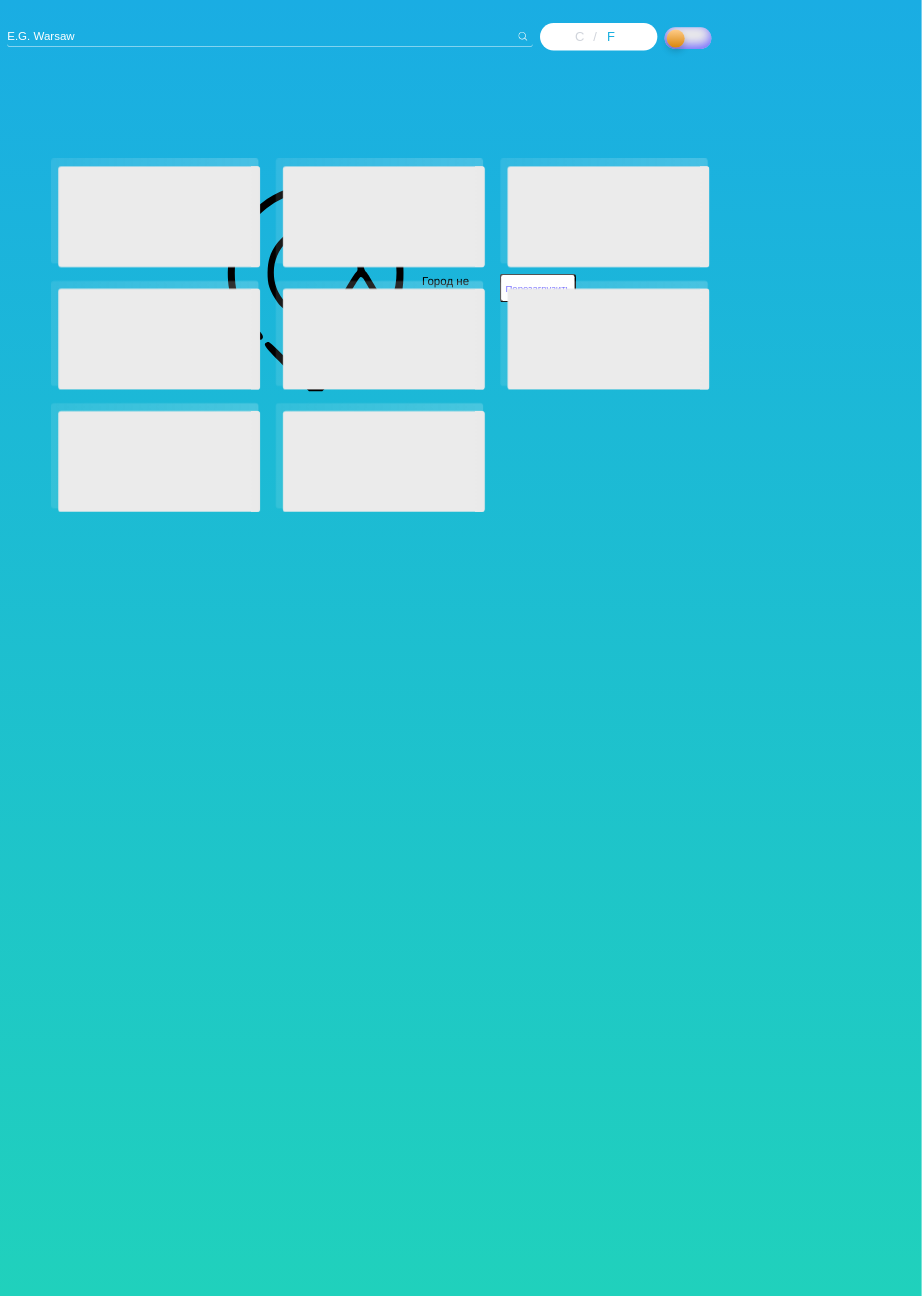
Repository: nikiforovki/WeatherApp
Page: /
The author's editor kept a copy of each file at every save. The page is drawn from the files as they stood at one save, then again after the next save.
The browser window is 1280 px wide. The pictures show the whole page, at 72% of full size.
The page's requests for data from a server got no answer. The project was rebuilt for these pictures with package versions that can differ from the ones it lists, and the page was loaded fresh each time. No one was signed in, and anything a server would have sent is missing. Also part of the build but not shown: webpack.config.ts, public/assets/images/FeatherSunrise.tsx.

Above is the page before, as saved 2024-07-13 15:54:13.

After the next save:
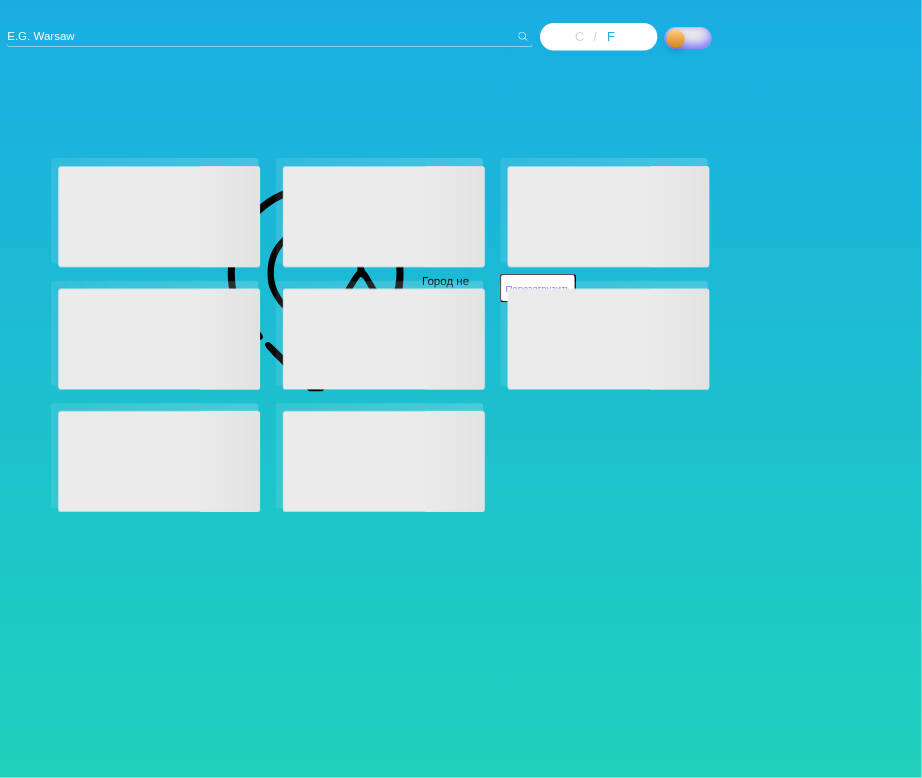
Saved 2 min 46 s later.
--- a/src/App.tsx
+++ b/src/App.tsx
@@ -8,7 +8,7 @@ import { WeatherHeader } from './components/WeatherHeader/WeatherHeader';
 
 const AppWrapper = styled.div`
   width: 100%;
-  min-height: 250vh;
+  min-height: 150vh;
   background: ${({ theme }) =>
     `linear-gradient(180deg, var(--${theme === 'light' ? 'primary-color' : 'secondary-color'}) 0%, var(--${theme === 'light' ? 'secondary-color' : 'primary-color'}) 100%) 0% 0% no-repeat padding-box`};
   background-size: cover;
